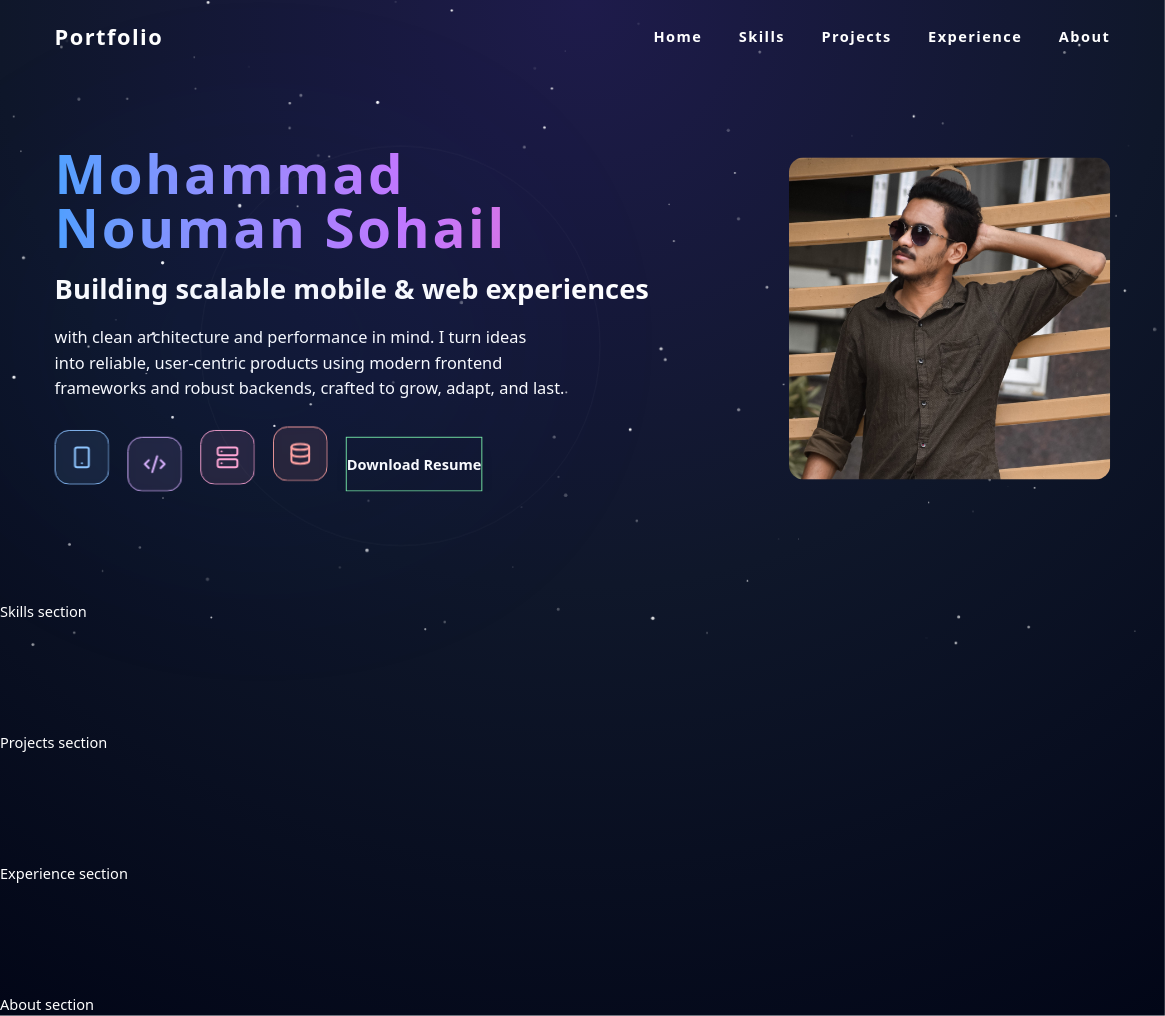
Repository: NoumanSohail/Nouman-Sohail-Portfolio
Page: /
The author's editor kept a copy of each file at every save. The page is drawn from the files as they stood at one save, then again after the next save.
The browser window is 1280 px wide. The pictures show the whole page, at 91% of full size.
The project was rebuilt for these pictures with package versions that can differ from the ones it lists, and the page was loaded fresh each time. The framework's server and built-in components were replaced by stand-ins that run in the browser. Also part of the build but not shown: next.config.ts.

Above is the page before, as saved 2026-01-24 21:23:13.

After the next save:
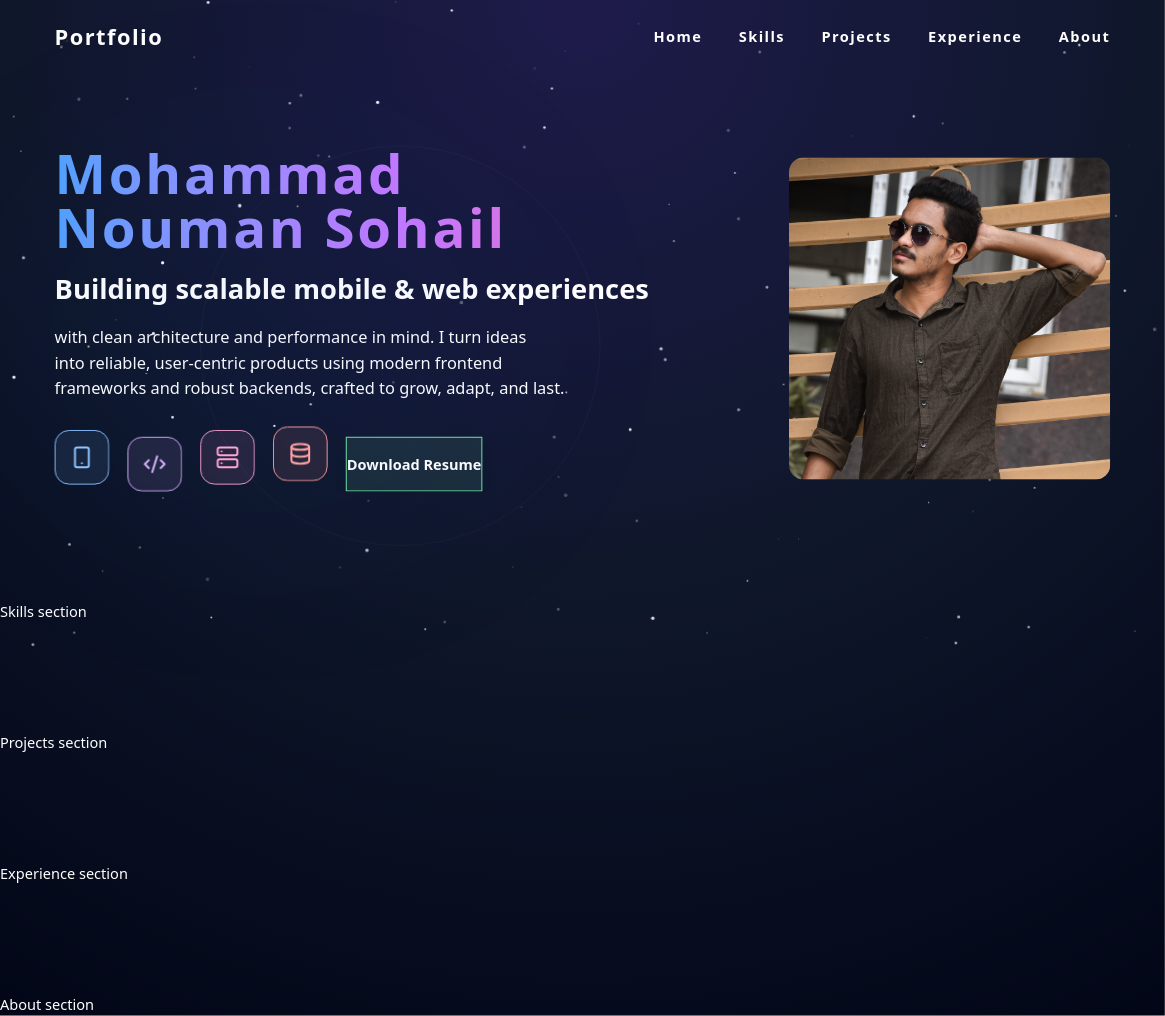
Saved 19 s later.
--- a/app/components/sections/Hero.tsx
+++ b/app/components/sections/Hero.tsx
@@ -82,7 +82,7 @@ const Hero = () => {
                         border-red-300 hover:border-red-300 text-red-300 hover:text-red-300
                         transition-all duration-300 animate-bounce [animation-delay:300ms]"
               />
-              <Button title="Download Resume" onClick={() => {}} className="border border-green-300" />
+              <Button title="Download Resume" onClick={() => {}} className="border border-green-300 bg-green-300/10" />
             </div>
           </motion.div>
         </div>
